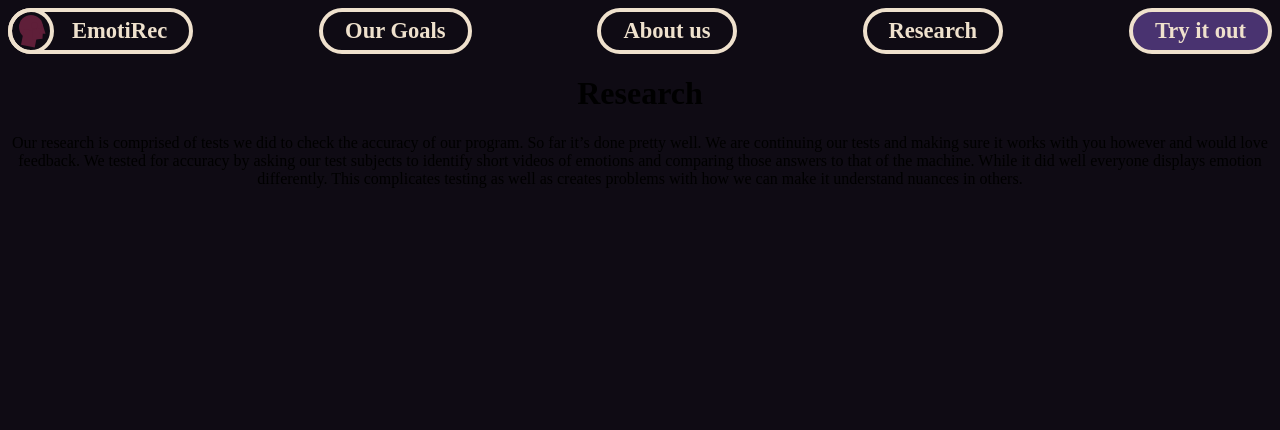
Repository: Backbranch/EmoRecog---Research-Project-2024
Page: Pages/Research/index.html
The author's editor kept a copy of each file at every save. The page is drawn from the files as they stood at one save, then again after the next save.
The browser window is 1280 px wide. The pictures show the whole page.
Some web fonts or font styles are not loaded; a fallback is used.

Above is the page before, as saved 2024-04-11 20:55:37.

### Pages/Research/index.html
<!DOCTYPE html>
<html>
<head>
    <link rel="stylesheet" href="./style.css" />
    <style>
        @import url('https://fonts.googleapis.com/css2?family=Oxygen+Mono&family=Rufina:wght@400;700&display=swap')
    </style>
</head>
<body>
    <div style = "display: flex; width: 100%; justify-content: space-between;">
        <a href="../" style="text-decoration: none;"><div style="display:flex; width: min-content; height: 38px; background: #0F0B14; border-radius: 26px; border: 4px #EFE1CD solid; text-align:left;"><svg style="margin-top: -4px; margin-left: -4px;" width="46" height="46" viewBox="0 0 46 46" fill="none" xmlns="http://www.w3.org/2000/svg">
          <g id="Component 3">
          <circle id="Ellipse 2" cx="23" cy="23" r="21" stroke="#EFE1CD" stroke-width="4"/>
          <circle id="Ellipse 3" cx="23" cy="19" r="12" fill="#5F1F39"/>
          <rect id="Rectangle 7" x="16.1661" y="21" width="14" height="16" transform="rotate(11.4131 16.1661 21)" fill="#5F1F39"/>
          <path id="Polygon 1" d="M34.9862 20.3098L34.5138 30.8648L24.0138 32.0393L24.4862 21.4844L34.9862 20.3098Z" fill="#5F1F39"/>
          <path id="Polygon 2" d="M34.5 16L37.5311 25.75H31.4689L34.5 16Z" fill="#5F1F39"/>
          <circle id="Ellipse 4" cx="26.5" cy="17.5" r="3.25" fill="#5F1F39" stroke="#5F1F39" stroke-width="0.5"/>
          </g>
          </svg><div style="width: max-content; height: min-content; text-align: center; color: #EFE1CD; font-size: 22.56px; font-family: Rufina; font-weight: 700; align-self: center; margin-left: 18px; margin-right: 22px;">EmotiRec</div></div></a>
          <a href="../Our_Goals" style="text-decoration: none;"><div style="display:flex; width: max-content; height: 38px; background: #0F0B14; border-radius: 26px; border: 4px #EFE1CD solid; text-align:left;"><div style="width: max-content; height: min-content; text-align: center; color: #EFE1CD; font-size: 22.56px; font-family: Rufina; font-weight: 700; align-self: center; margin-left: 22px; margin-right: 22px;">Our Goals</div></div></a>
          <a href="../About_Us" style="text-decoration: none;"><div style="display:flex; width: max-content; height: 38px; background: #0F0B14; border-radius: 26px; border: 4px #EFE1CD solid; text-align:left;"><div style="width: max-content; height: min-content; text-align: center; color: #EFE1CD; font-size: 22.56px; font-family: Rufina; font-weight: 700; align-self: center; margin-left: 22px; margin-right: 22px;">About us</div></div></a>
          <a href="../Research" style="text-decoration: none;"><div style="display:flex; width: max-content; height: 38px; background: #0F0B14; border-radius: 26px; border: 4px #EFE1CD solid; text-align:left;"><div style="width: max-content; height: min-content; text-align: center; color: #EFE1CD; font-size: 22.56px; font-family: Rufina; font-weight: 700; align-self: center; margin-left: 22px; margin-right: 22px;">Research</div></div></a>
          <a href="../EmoRecog_Final" style="text-decoration: none;"><div style="display:flex; width: max-content; height: 38px; background: #493370; border-radius: 26px; border: 4px #EFE1CD solid; text-align:left;"><div style="width: max-content; height: min-content; text-align: center; color: #EFE1CD; font-size: 22.56px; font-family: Rufina; font-weight: 700; align-self: center; margin-left: 22px; margin-right: 22px;">Try it out</div></div></a>
        </div>
        <h1>Research</h1>
        <p>Our research is comprised of tests we did to check the accuracy of our program. So far it’s done pretty well. We are continuing our tests and making sure it works with you however and would love feedback. We tested for accuracy by asking our test subjects to identify short videos of emotions and comparing those answers to that of the machine. While it did well everyone displays emotion differently. This complicates testing as well as creates problems with how we can make it understand nuances in others.</p>
            </body>
            </html>

### Pages/Research/style.css
:root{
  --text: #efe1cd;
  --background: #0f0b14;
  --primary: #493370;
  --secondary: #331b41;
  --accent: #5f1f39;
}

body{
  text-align: center;
  position: relative;
  background: #0F0B14;
  overflow:hidden;
}

h2{
font-family: 'Rufina', serif;
font-weight: 700;
font-size: 64px;
color: var(--text);
margin: 23px 0 23px;
}

After the next save:
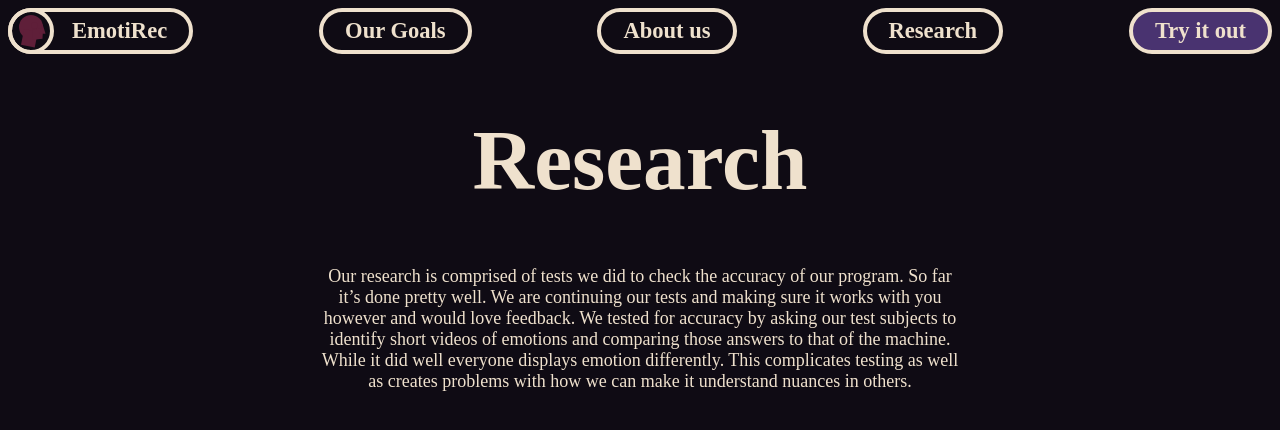
Saved 25 s later.
--- a/Pages/Research/style.css
+++ b/Pages/Research/style.css
@@ -20,3 +20,21 @@
 color: var(--text);
 margin: 23px 0 23px;
 }
+
+p{
+  display: block;
+  color: #EFE1CD;
+  font-size: 18px;
+  font-family: Oxygen Mono;
+  font-weight: 400;
+  word-wrap: break-word;
+  width: 640px;
+  margin: 0 auto 0 auto;
+}
+
+h1{
+  font-family: 'Rufina', serif;
+  font-weight: 700;
+  font-size: 64pt;
+  color: var(--text);
+}
